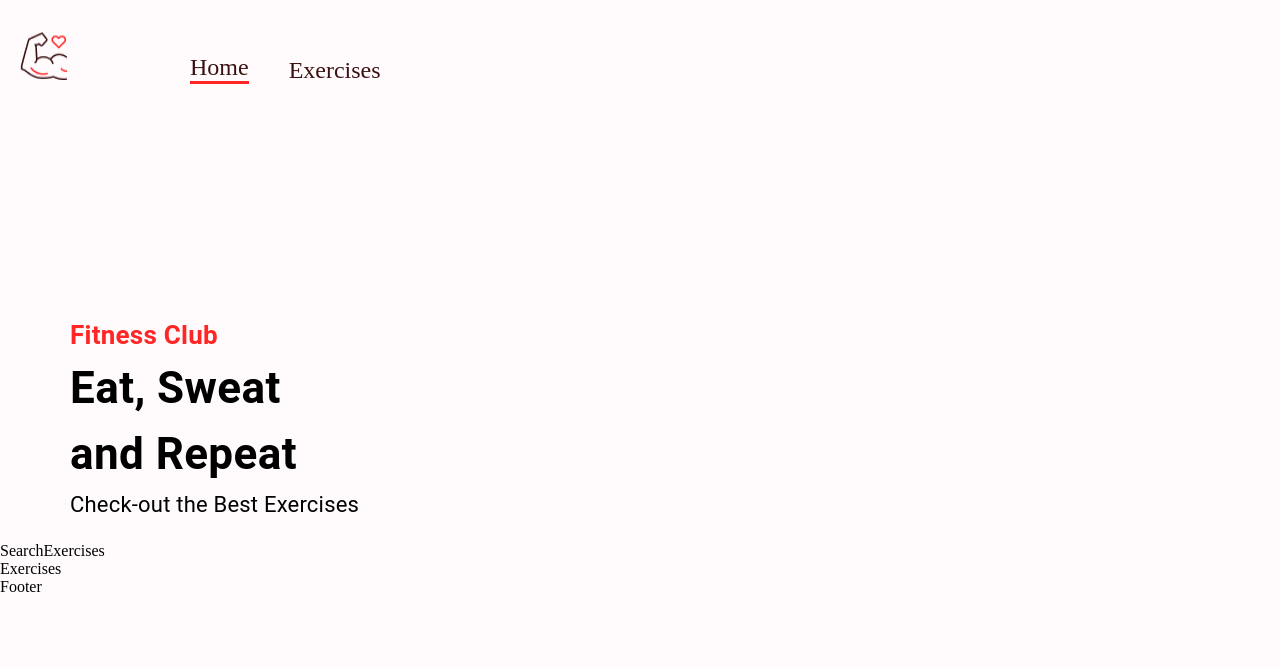
Repository: remydev47/fitness-center
Page: /
An editor plug-in stored every save of this project. The page is shown before and after the next save, followed by the edit.
The browser window is 1280 px wide. The pictures show the whole page.
The project was rebuilt for these pictures with package versions that can differ from the ones it lists, and the page was loaded fresh each time. Also part of the build but not shown: src/pages/ExerciseDetail.js.

Above is the page before, as saved 2022-07-26 00:18:53.

After the next save:
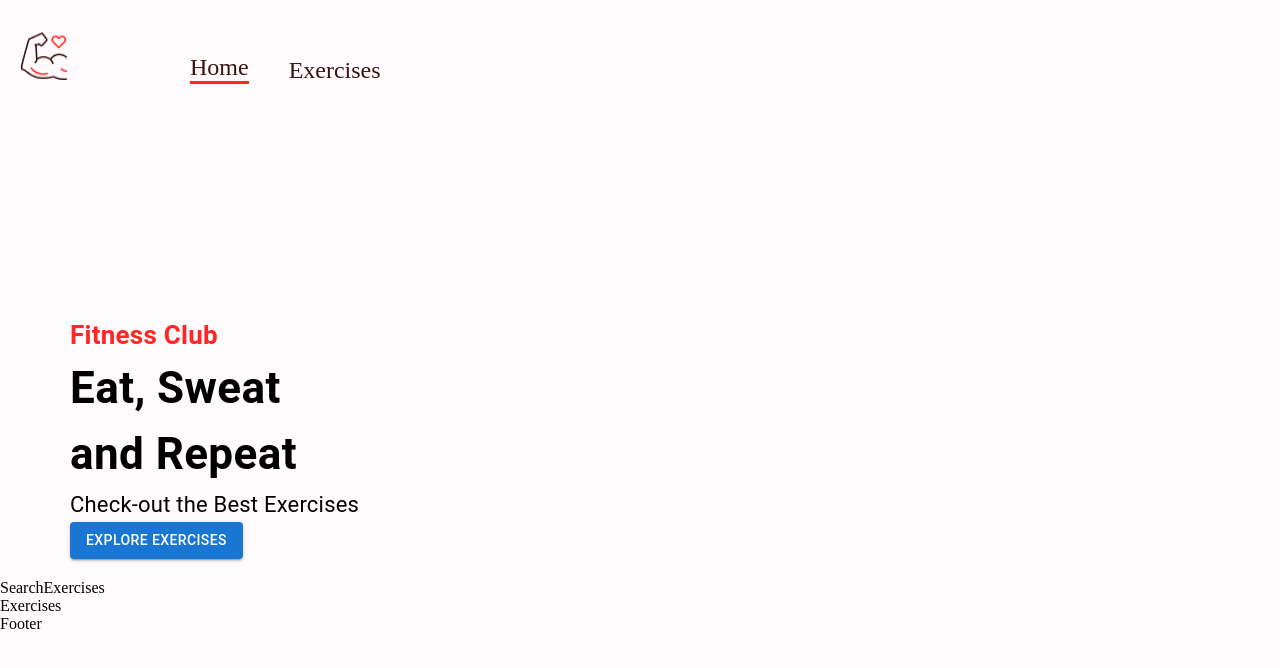
Saved 3 min 6 s later.
--- a/src/components/HeaderBanner.js
+++ b/src/components/HeaderBanner.js
@@ -1,5 +1,5 @@
 import React from 'react';
-import { Box, Stack, Typography } from '@mui/material';
+import { Box, Stack, Typography, Button } from '@mui/material';
 import banner from '../assets/images/banner.png';
 
 const HeaderBanner = () => {
@@ -33,6 +33,12 @@ const HeaderBanner = () => {
         >
             Check-out the Best Exercises
         </Typography>
+        <Button
+          variant="contained"
+
+        >
+            Explore Exercises
+        </Button>
     </Box>
   )
 }
